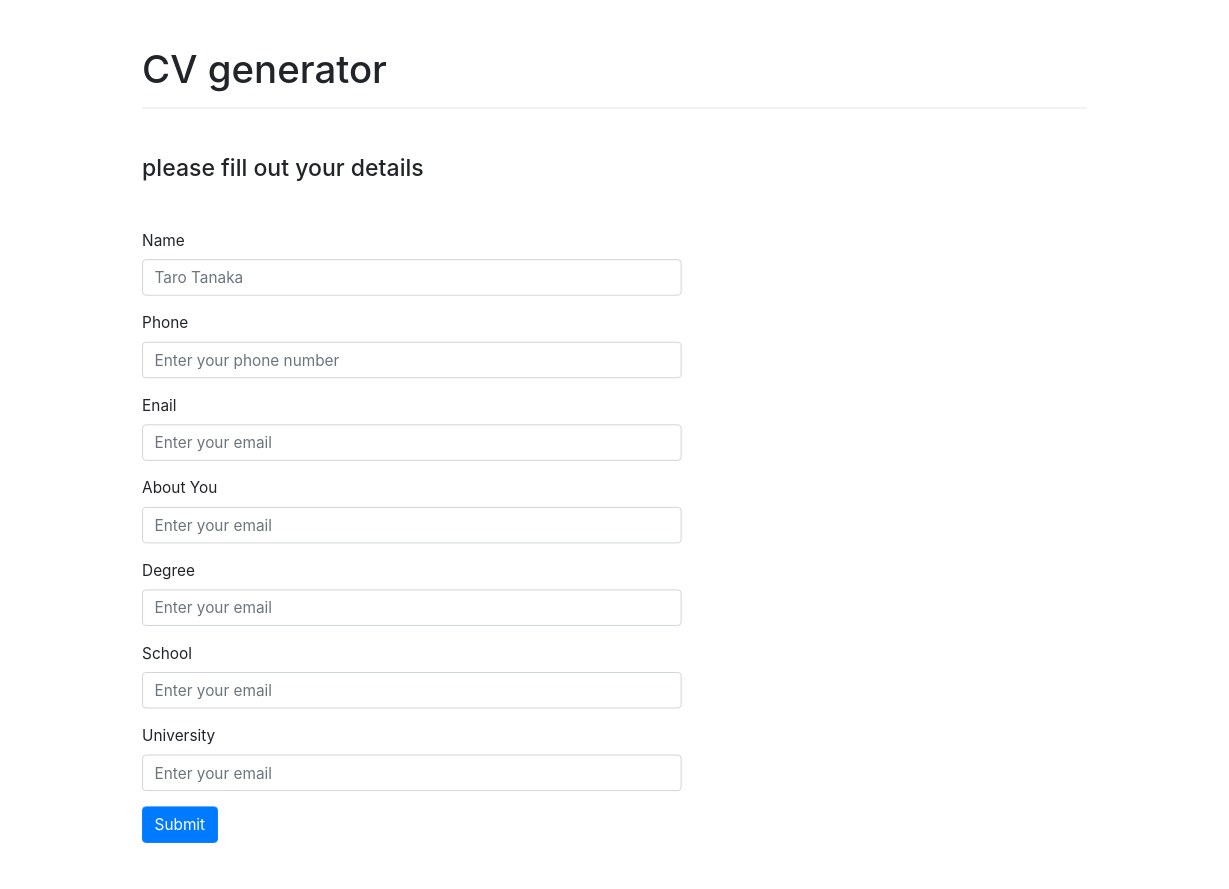
Repository: 108kent/CV
Page: myapp/pdf/templates/accept.html
The author's editor kept a record of every edit. The page is drawn from the files as they stood at one moment, then again after the next edit.
The browser window is 1280 px wide. The pictures show the whole page, at 96% of full size.
The page is served by the project's application, run on Django 2.2 (myapp/manage.py). The template is opened directly, without the code that normally fills it, so the values that code supplies are empty.

Above is the page before.

After the next edit:
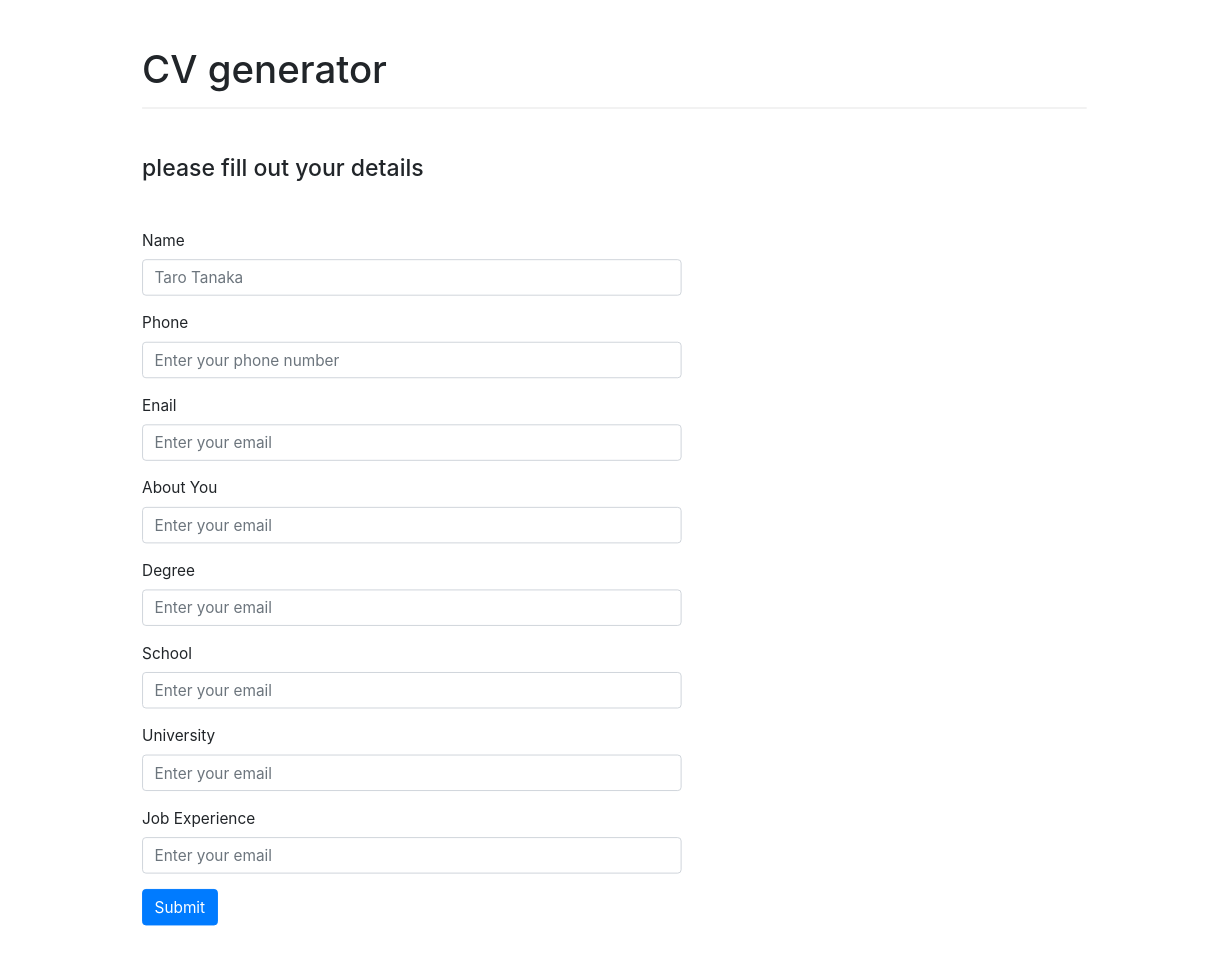
The edit:
--- a/myapp/pdf/templates/accept.html
+++ b/myapp/pdf/templates/accept.html
@@ -65,7 +65,10 @@
                         <input type="text" class="form-control" id="university" nam="university" placeholder="Enter your email">
                     </div>
 
-
+                    <div class="form-group">
+                        <label for="">Job Experience</label>
+                        <input type="text" class="form-control" id="previous_work" nam="previous_work" placeholder="Enter your email">
+                    </div>
 
         <button type="submit" class="btn btn-primary">Submit</button>
         </form>
